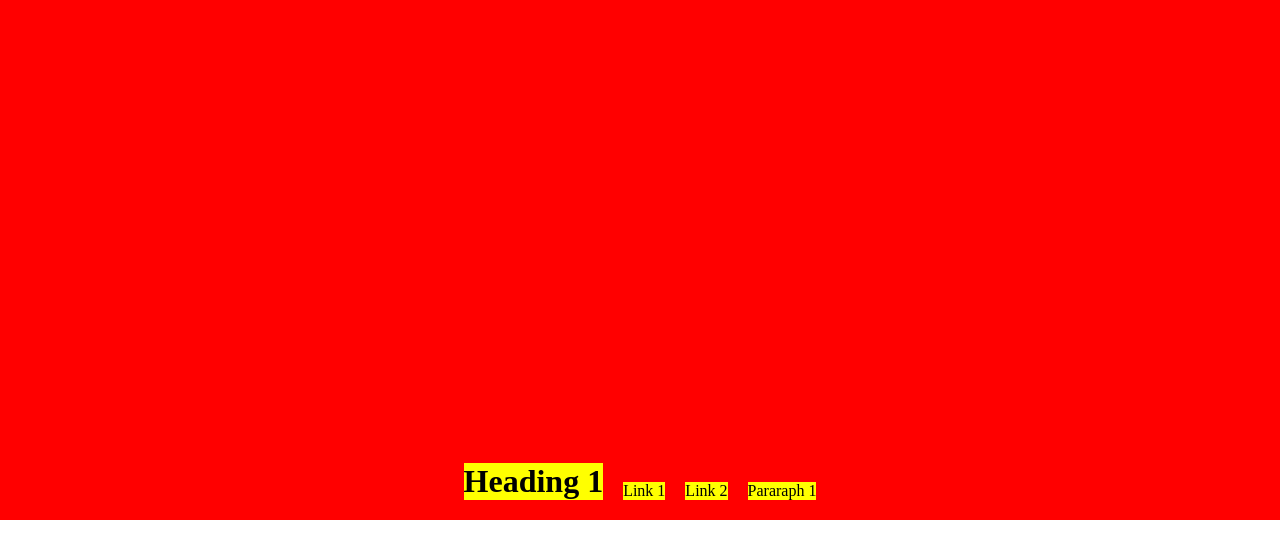
Repository: itz-mohanmadhav-18/Full-stack
Page: Html+css/day-3/flexbox.html
The author's editor kept a copy of each file at every save. The page is drawn from the files as they stood at one save, then again after the next save.
The browser window is 1280 px wide. The pictures show the whole page.

Above is the page before, as saved 2024-06-14 12:39:01.

After the next save:
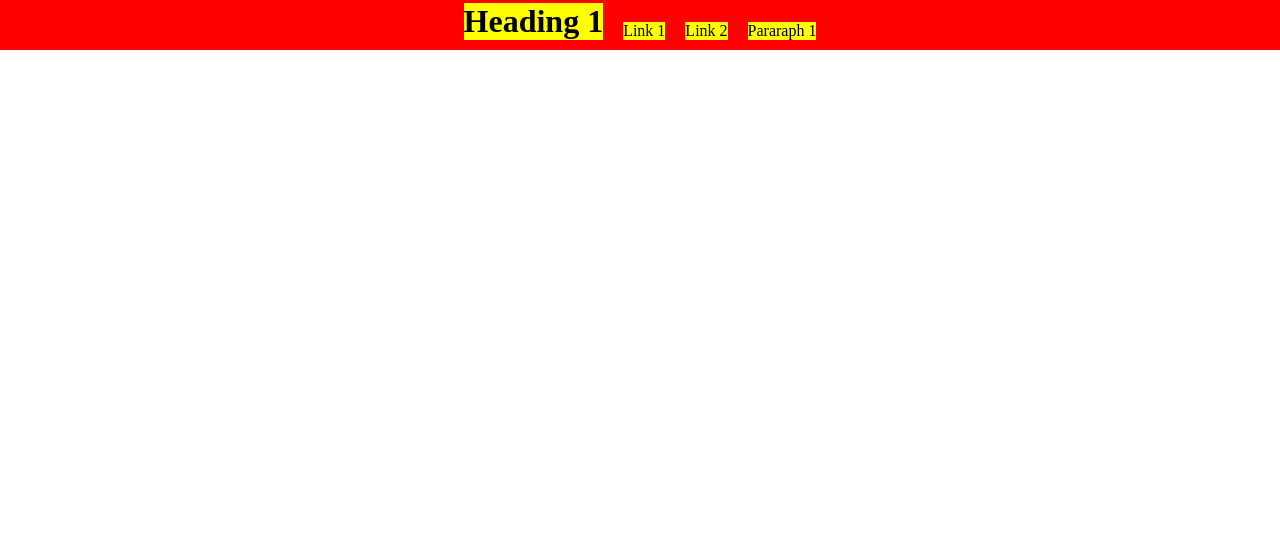
Saved 15 s later.
--- a/Html+css/day-3/flexbox.css
+++ b/Html+css/day-3/flexbox.css
@@ -5,8 +5,8 @@
 }
 div{
     background: red;
-    padding: 10px;
-    height: 500px;
+    /* padding: 10px; */
+    height: 50px;
     display: flex;
     flex-direction: row;
     align-items: flex-end;
